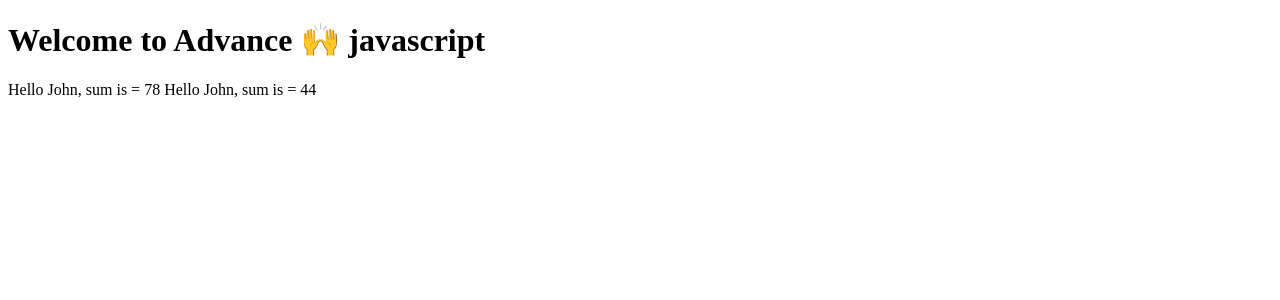
Repository: Gulzarokz/Advance_javascript
Page: index.html
The author's editor kept a copy of each file at every save. The page is drawn from the files as they stood at one save, then again after the next save.
The browser window is 1280 px wide. The pictures show the whole page.

Above is the page before, as saved 2026-01-01 22:41:16.

### index.html
<!DOCTYPE html>
<html lang="en">

<head>
    <meta charset="UTF-8">
    <meta name="viewport" content="width=device-width, initial-scale=1.0">
    <title>Advance 🙌 javascript</title>
</head>

<body>
    <h1>Welcome to Advance 🙌 javascript</h1>

    <script src="./index.js"></script>
</body>

</html>

### index.js
// This is the main JavaScript file for the Advance 🙌 javascript project
//var, let and const
//two versions of javascript
//ES5 - 2009
//ES6 old var, let - 2015 new version const and let

// we will used both version of es6 and es5
// es5 - var
// es6 - let and const
// difference between var, let and const
// 1. var is function scoped
// var add self into window object
// function testVar() {
//     for (var i = 0; i < 5; i++) {
//         console.log(i);
//     }
//     console.log(i);

// }
// testVar();
//    let are  block scoped
// let con't add self into window object
// function testLet() {
//     for (let i = 0; i < 5; i++) {
//         console.log(i);
//     }
//     console.log(i);

// }
// testLet();
// 2. var can be re-declared and updated
//    let can be updated but not re-declared
//    const can neither be updated nor re-declared
//

// practical of var, let and const

// var a = 10;
// var a = 20; // re-declared
// a = 30; // updated
// console.log("var a:", a); // 30
// scopping difference
// if (1 == 1) {
//     var x = 10; // function scoped
// }
// console.log(x);

// let
// let b = 10;
// let b = 15; // re-declared error
// b = 20; // updated
// console.log(b);
// if (1 == 1) {
//     let x = 10; // function scoped
//     console.log(x);

// }
// console.log(x);

// const  cannot be updated or re-declared
// const c = 10;
// const c = 20;
// c = 30;
// console.log(c);

// if (1 == 1) {
//     const  x = 10; // function scoped
//     console.log(x);

// }
// console.log(x);
// ====================================================================
// Templete Literals
// ======================================

// var user = "John";
// var greeting = "Hello " + user; before es6 and template literals
// var greeting = `Hello ${user}; welcome to template literals`
// console.log(greeting);

// used in function
// var fName = "John";
// var lName = "Doe";
// function fullName(fName, lName) {
//     return `Your full name is ${fName} ${lName}`;
// }

// let result = fullName(fName, lName);
// console.log(result);

//  ====================================================================
// Arrow Functions
// ======================================
//  funcation add(a, b) { normal function
//         return a + b;
//  }
//  add(5, 10); // 15

// let add = function(a, b){ // function expression
//     return a + b;
// }
// add(5, 10); // 15
//  arrow function
// let add = (a, b) => {
//     return a + b;
// }
// let result = add(5, 10); // 15
// console.log(result);

//  ====================================================================
// Rest operator
// ======================================

// let sum = (name, ...args) => {

//     console.log(`Hello ${name}`);
//     let sum = 0;
//     for (let i in args) {
//         sum += args[i];
//     }
//     return sum;
// }
// console.log(sum("John", 1, 2, 3, 4, 5)); // 15

//  ====================================================================
// var , let , const
// ======================================

// var a = "I am var";
// var a = "Hello " can be re-declared
// a = "world"       can be re-assign
// console.log(a);

// const
// const a = "I am const";
// // var a = "Hello " cannot be re-declared
// // a = "world"      cannot be re-assign
// console.log(a);
// // a = "world"
// console.log(a);

// let

// let a = "i am let";
// let a = "world";  cannot be re-declared
// a = "hello";      // can be re-assign
// a = "hello";
// console.log(a);

// if (1 == 1) {
//     var a = "hello"
//     console.log(a);

// }
// console.log(a);

// if (1 == 1) {
//     let a = "hello"
//     console.log(a);

// }
// console.log(a);


// if (1 == 1) {
//     const a = "hello"
//     console.log(a);

// }
// console.log(a);

// templet staring and templet literals

// let user = "gulzar khan";
// let marks = 550;
// // console.log("Hello" +  user);
// // console.log(`Hello ${user}, welcome to templet literals`);
// console.log(`Hello ${user}, your marks is = ${marks}`);

// let fName = "Gulzar";
// let lName = "Khan";

// function fullName(fName, lName) {
//     return `your fullName is ${fName} ${lName}`;
// }

// let result = fullName(fName, lName);
// console.log(result);

// rest operator

function sum(name, ...args) {
    let sum = 0;

    for (let i in args) {
        sum += args[i]
    }
    // console.log(sum);
    document.writeln(`Hello ${name}, sum is = ${sum}`);


}

sum("John", 23, 21, 34)
sum("John", 23, 21)

After the next save:
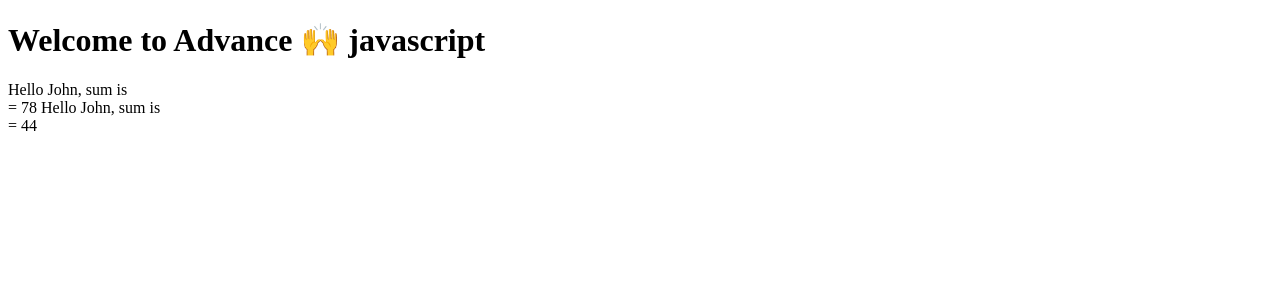
Saved 23 s later.
--- a/index.js
+++ b/index.js
@@ -196,7 +196,7 @@ function sum(name, ...args) {
         sum += args[i]
     }
     // console.log(sum);
-    document.writeln(`Hello ${name}, sum is = ${sum}`);
+    document.writeln(`Hello ${name}, sum is <br> = ${sum}`);
 
 
 }
